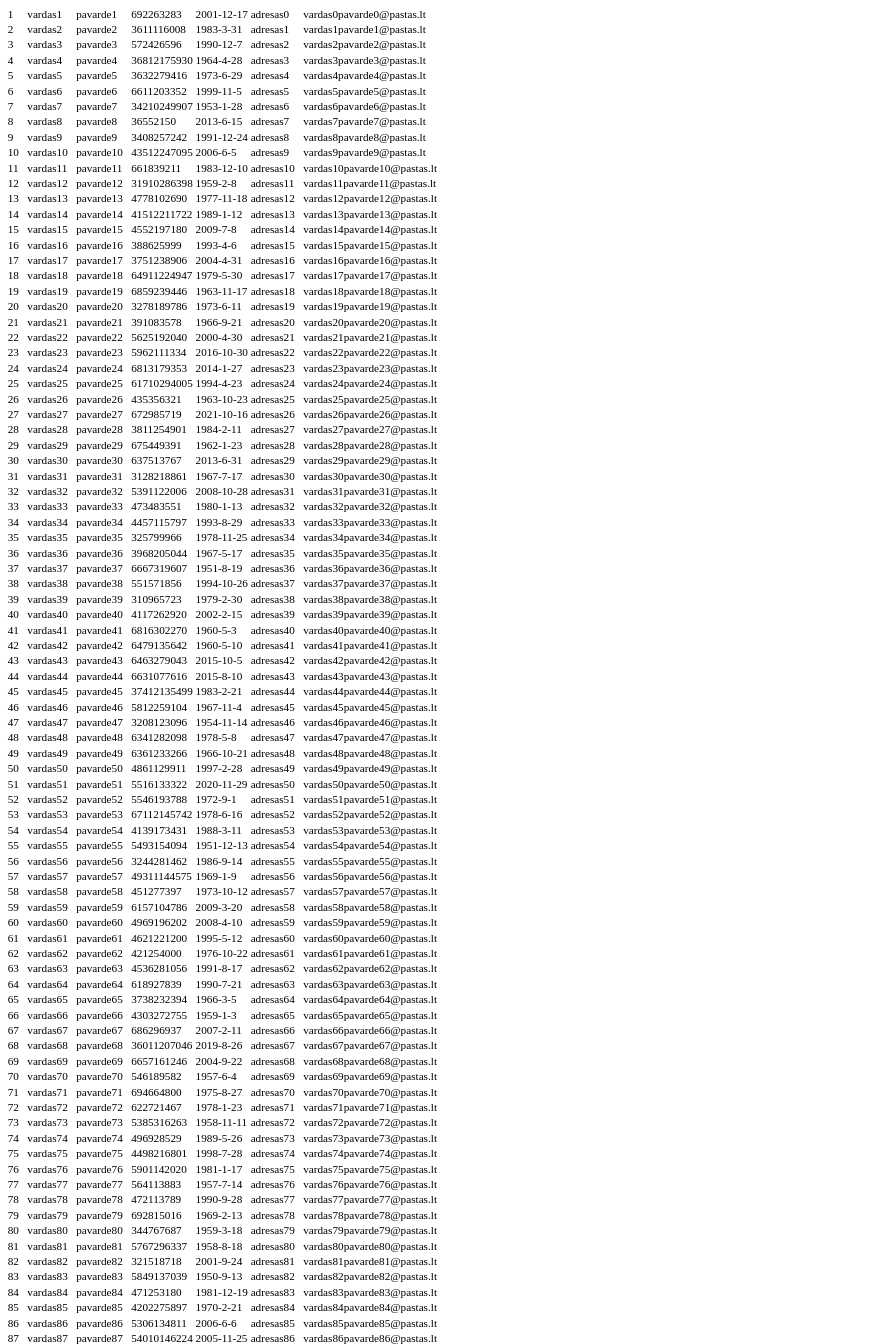
Repository: motiejus1/09-paskaita-PHP-05.31
Page: http://localhost/index.php
The author's editor kept a copy of each file at every save. The page is drawn from the files as they stood at one save, then again after a run of saves.
The browser window is 1280 px wide. The pictures show the part of the page from y = 0 to 1920 px (the page is 4418 px tall), at 70% of full size.
The page is run by PHP 8.4 with error messages shown; the project is at /var/www/html/.

Above is the page before, as saved 2021-08-02 18:49:17.

After the next 3 saves:
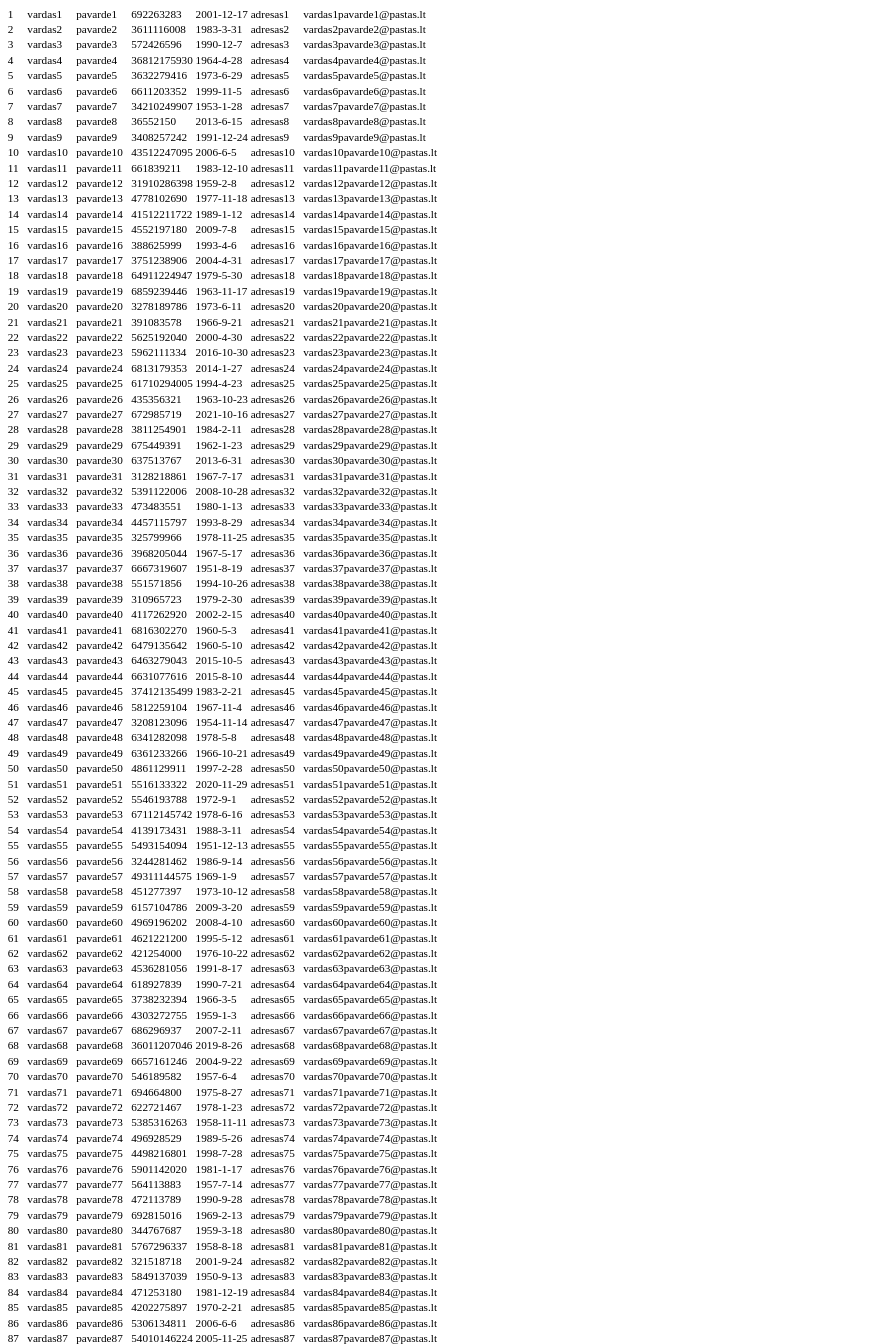
The 3 saves are shown as one change because they came seconds apart.
The last was saved 11 s later.
--- a/index.php
+++ b/index.php
@@ -38,8 +38,8 @@ for($i=0; $i< 200; $i++){
 
         //atsitiktiniu budu sugeneruota data
         "prisijungimo_data" => rand(1950, 2021)."-".rand(1,12)."-".rand(1,31),
-        "adresas" => "adresas".$i,
-        "elpastas" => "vardas".$i."pavarde".$i."@pastas.lt"
+        "adresas" => "adresas".($i+1),
+        "elpastas" => "vardas".($i+1)."pavarde".($i+1)."@pastas.lt"
     );
 
     //kaip dabar papildyti masyva $klientai?
